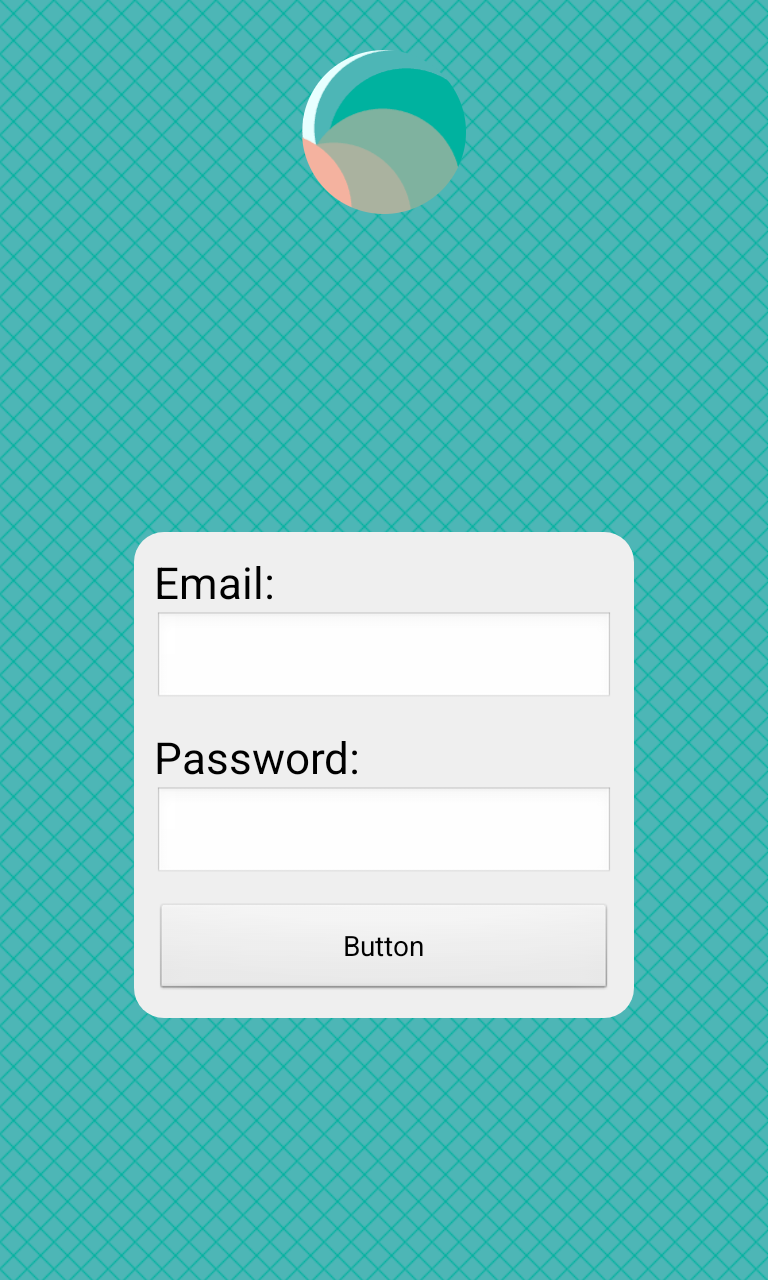
Repository: ppamorim/Coderock-X
Layout: workspace-Android/teste1/res/layout/activity_login.xml
These files come from the project's save history. The layout is drawn as it stood at one moment and after the next save; the edit follows.
It is drawn on a 768 x 1280 px phone screen (xhdpi) without system bars, with theme android:Theme.NoTitleBar; the app's code is not run.

Above is the layout before, as saved 2014-01-05 06:09:09.

After the next save:
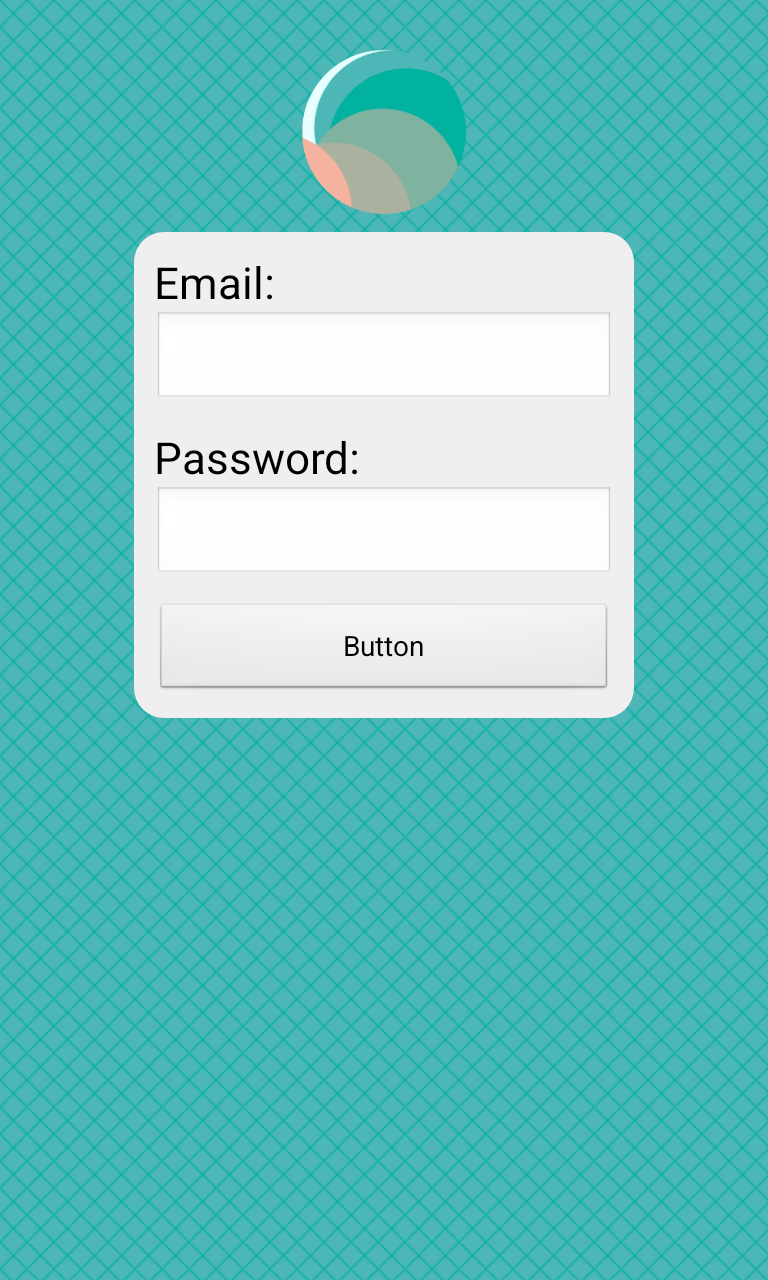
Saved 10 s later.
--- a/workspace-Android/teste1/res/layout/activity_login.xml
+++ b/workspace-Android/teste1/res/layout/activity_login.xml
@@ -32,7 +32,7 @@
         android:layout_height="wrap_content"
         android:layout_gravity="center"
 
-        android:layout_marginTop="150dp">
+        android:layout_marginTop="0dp">
 
 
 
